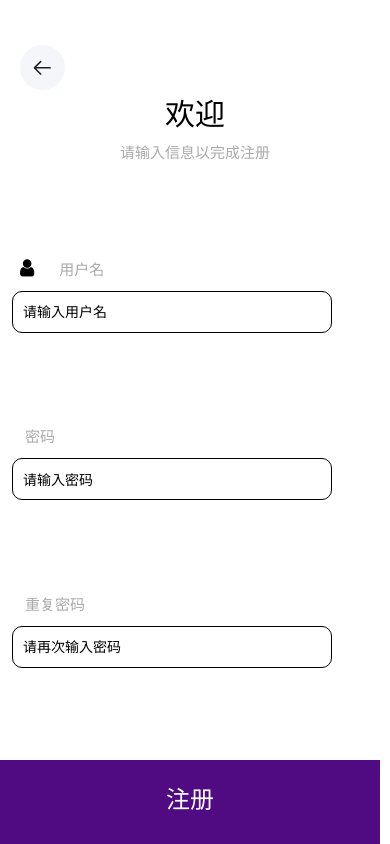
Repository: eyebone/barManager
Screen: /sign
These files come from the project's save history. The screen is drawn as it stood at one moment and after the next save; the edit follows.
The app was drawn by React Native's web renderer in a window 390 px wide. The project was rebuilt for these pictures with package versions that can differ from the ones it lists, and the page was loaded fresh each time. Some packages were replaced by stand-ins written for this rebuild. Also part of the build but not shown: components/EmojiPicker.js, components/Button.js, components/ImageViewer.js, components/circleButton.js, components/IconButton.js, view/ViewOne.js, view/Main.js.

Above is the screen before, as saved 2023-06-26 16:35:25.

After the next save:
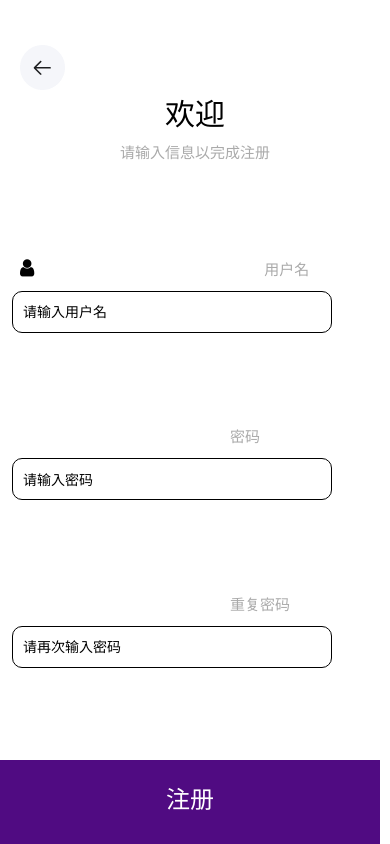
Saved 6 s later.
--- a/view/Sign.js
+++ b/view/Sign.js
@@ -123,7 +123,7 @@ const styles = StyleSheet.create({
   smallText: {
     fontSize: PixelRatio.getFontScale() * 15,
     color: "#aaa",
-    marginLeft: 25,
+    marginLeft: 230
   },
   footerContainer: {
     flex: 1 / 2,
